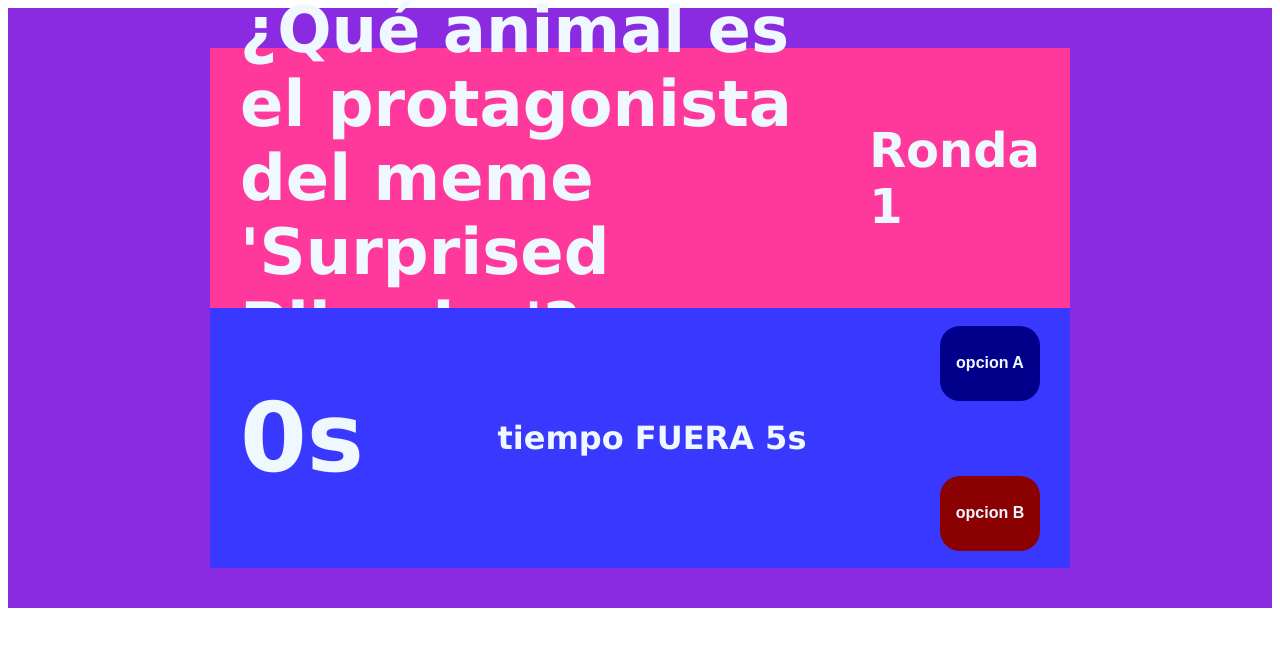
Repository: eschala/Proyecto_Clonaci-n_Kahoot_2023-2
Page: Borrador_Samir_Kahoot_NEW/Prueaba_Validar.html
An editor plug-in stored every save of this project. The page is shown before and after the next save, followed by the edit.
The browser window is 1280 px wide. The pictures show the whole page.

Above is the page before, as saved 2023-11-29 15:12:34.

After the next save:
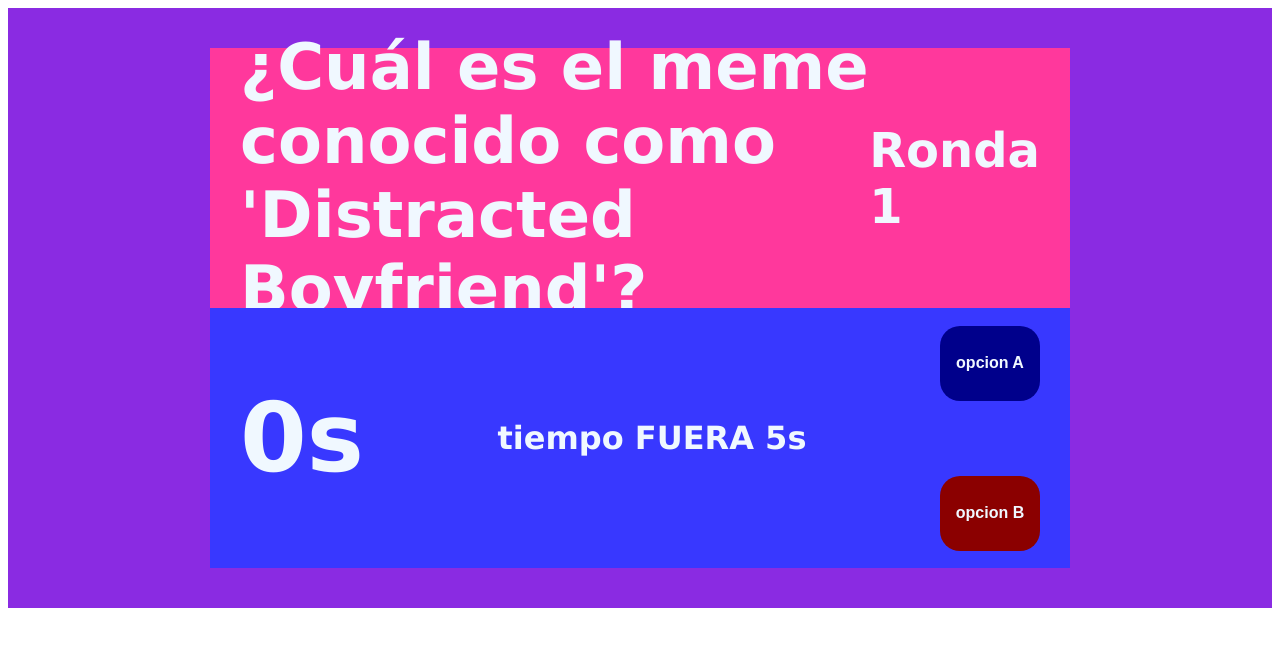
Saved 8 s later.
--- a/Borrador_Samir_Kahoot_NEW/respuesta_VALIDAR.js
+++ b/Borrador_Samir_Kahoot_NEW/respuesta_VALIDAR.js
@@ -68,7 +68,7 @@ var funcionPrueba=()=>{
 
 
 
-    pregunta_E.innerHTML=preguntas_String[(contar_S)]
+    pregunta_E.innerHTML=preguntas_String[(contar_S-1)]
 
 
 }
